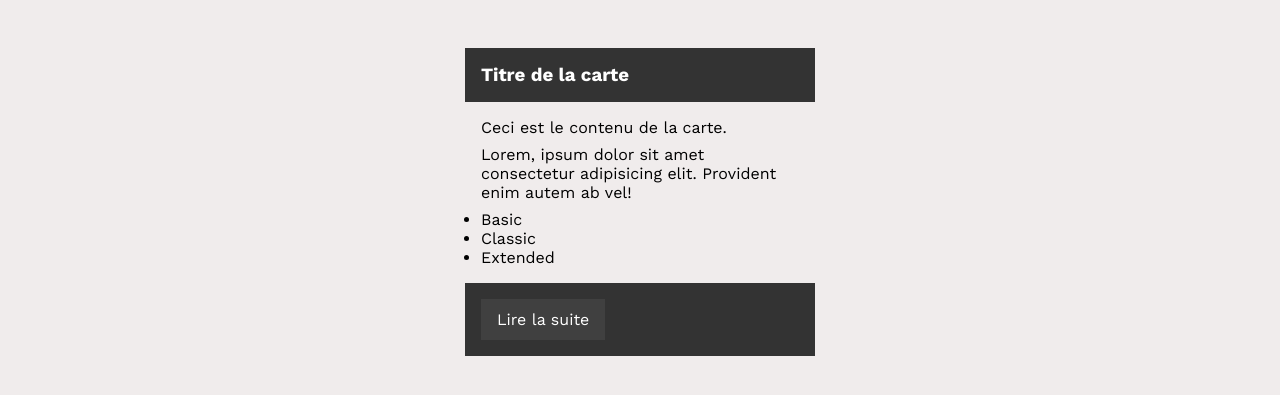
Repository: b3no1t/SASS--the-beginning
Page: exercices/cards/index.html
The author's editor kept a copy of each file at every save. The page is drawn from the files as they stood at one save, then again after the next save.
The browser window is 1280 px wide. The pictures show the whole page.

Above is the page before, as saved 2025-02-03 15:54:35.

After the next save:
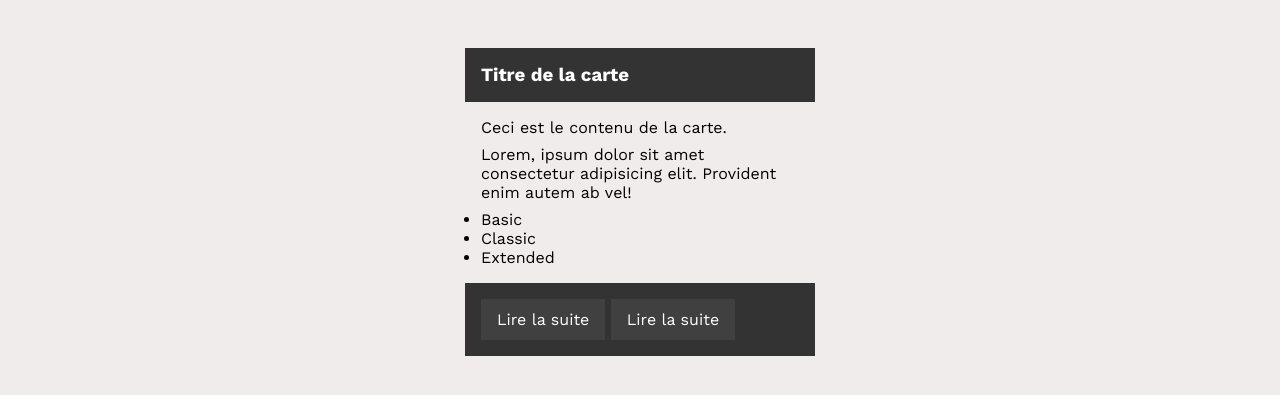
Saved 18 s later.
--- a/exercices/cards/index.html
+++ b/exercices/cards/index.html
@@ -28,6 +28,7 @@
 
         <div class="card__footer">
           <a class="card__button" href="#"> Lire la suite </a>
+          <a class="card__button" href="#"> Lire la suite </a>
         </div>
       </div>
 
